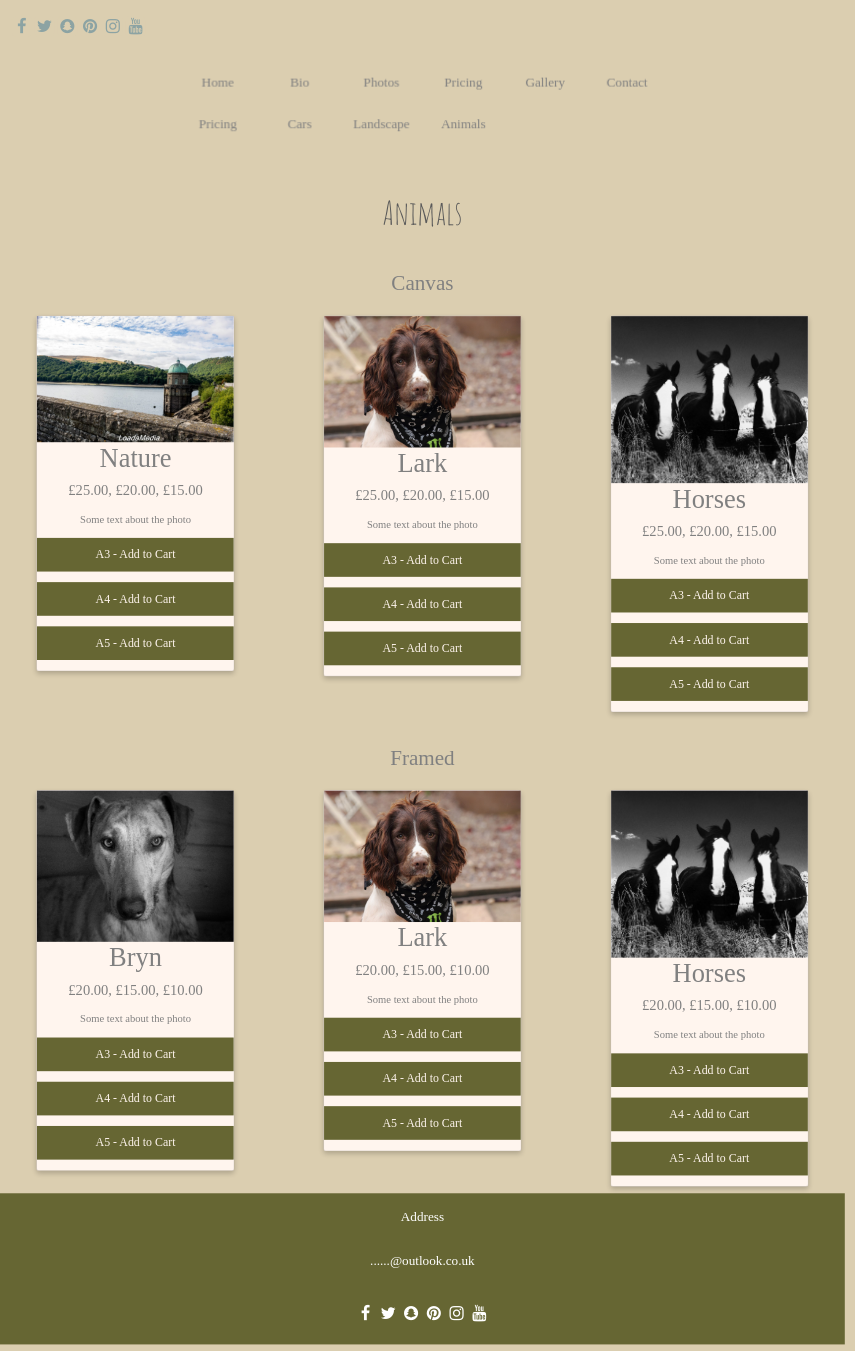
Repository: elizabeth24602/LoaderMedia
Page: landscape.html
The author's editor kept a record of every edit. The page is drawn from the files as they stood at one moment, then again after the next edit.
The browser window is 1280 px wide. The page is 1296 px wide, so the pictures cover 1296 px, including what lies to the right of the window. The pictures show the whole page, at 66% of full size.
Some web fonts or font styles are not loaded; a fallback is used.

Above is the page before.
Console error: TypeError: Cannot read properties of null (reading 'textContent')
Not found: Assests/images/

### landscape.html
<!DOCTYPE html>
<html lang="en">
<head>
    <meta charset="UTF-8">
    <meta name="viewport" content="width=device-width, initial-scale=1.0">
    <meta http-equiv="X-UA-Compatible" content="ie=edge">

    <link rel="stylesheet" href="static/css/bootstrap.min.css" type="text/css" />
    <link rel="stylesheet" href="static/css/dc.min.css" type="text/css" />



    <link rel="stylesheet" href="https://stackpath.bootstrapcdn.com/bootstrap/4.3.1/css/bootstrap.min.css" type="text/css" />
    <link rel="stylesheet" href="https://stackpath.bootstrapcdn.com/font-awesome/4.7.0/css/font-awesome.min.css" type="text/css" />
    <link href="https://fonts.googleapis.com/css?family=Lacquer&display=swap" rel="stylesheet">
    <link href="https://fonts.googleapis.com/css?family=Beth+Ellen&display=swap" rel="stylesheet">
    <link rel="stylesheet" href="https://cdnjs.cloudflare.com/ajax/libs/hover.css/2.3.1/css/hover-min.css" type="text/css" />
    <link rel="stylesheet" href="Assests/images/" type="text/css" />
    <link rel="stylesheet" href="Assests/css/style.css" type="text/css" />

    <title>Loader Media</title>

     <script type="text/javascript" src="static/js/d3.min.js"></script>
    <script type="text/javascript" src="static/js/crossfilter.min.js"></script>
    <script type="text/javascript" src="static/js/dc.min.js"></script>
    <script type="text/javascript" src="static/js/queue.min.js"></script>
    <script type="text/javascript" src="static/js/graph.js"></script>

</head>
<body>
     <header class="container-fluid">
        <div id="social-links" class="row">
        <div class="col-sm-4">
                <ul class="list-inline social-links">
                    <li class="list-inline-item">
                        <a target="_blank" href="#">
                            <i class="fa fa-facebook" aria-hidden="true"></i>
                            <span class="sr-only">Facebook</span>
                        </a>
                    </li>
                    <li class="list-inline-item">
                        <a target="_blank" href="#">
                            <i class="fa fa-twitter" aria-hidden="true"></i>
                            <span class="sr-only">Twitter</span>
                        </a>
                    </li>
                    <li class="list-inline-item">
                        <a target="_blank" href="#">
                            <i class="fa fa-snapchat" aria-hidden="true"></i>
                            <span class="sr-only">Snapchat</span>
                        </a>
                    </li>
                    <li class="list-inline-item">
                        <a target="_blank" href="#">
                            <i class="fa fa-pinterest" aria-hidden="true"></i>
                            <span class="sr-only">Pinterest</span>
                        </a>
                    </li>
                    <li class="list-inline-item">
                        <a target="_blank" href="#">
                            <i class="fa fa-instagram" aria-hidden="true"></i>
                            <span class="sr-only">Instagram</span>
                        </a>
                    </li>
                    <li class="list-inline-item">
                        <a target="_blank" href="#">
                            <i class="fa fa-youtube" aria-hidden="true"></i>
                            <span class="sr-only">YouTube</span>
                        </a>
                    </li>
                </ul>
            </div>
        </div>
         <div class="row no-gutters">
            <div class="col">
                <ul id="nav" class="list-inline menucontainer">
                    <li class="col-4 col-sm-2 ui-menu-color-home list-inline-item menuitem">
                        <a href="index.html" class="hvr-underline-from-center"><span>Home</span></a>
                    </li>
                    <li class="col-4 col-sm-2 ui-menu-color-bio list-inline-item menuitem">
                        <a href="bio.html" class="hvr-underline-from-center"><span>Bio</span></a>
                    </li>
                     <li class="col-4 col-sm-2 ui-menu-color-photos list-inline-item menuitem">
                        <a href="photos.html" class="hvr-underline-from-center"><span>Photos</span></a>
                    </li>
                    <li class="col-4 col-sm-2 ui-menu-color-pricing list-inline-item menuitem">
                        <a href="pricing.html" class="hvr-underline-from-center"><span>Pricing</span></a>
                    </li>
                    <li class="col-4 col-sm-2 ui-menu-color-gallery list-inline-item menuitem">
                        <a href="gallery.html" class="hvr-underline-from-center"><span>Gallery</span></a>
                    </li>
                    <li class="col-4 col-sm-2 ui-menu-color-contact list-inline-item menuitem">
                        <a href="contact.html" class="hvr-underline-from-center"><span>Contact</span></a>
                    </li>
                </ul>
            </div>
        </div>

         <div class="row no-gutters">
            <div class="col-sm-12">
                <ul id="nav" class="list-inline menucontainer">
                    <li class="col-4 col-sm-2 ui-menu-color-pricing list-inline-item menuitem">
                        <a href="pricing.html" class="hvr-underline-from-center"><span>Pricing</span></span></a>
                    </li>
                    <li class="col-4 col-sm-2 ui-menu-color-cars list-inline-item menuitem">
                        <a href="cars.html" class="hvr-underline-from-center"><span>Cars</span></a>
                    </li>
                     <li class="col-4 col-sm-2 ui-menu-color-landscape list-inline-item menuitem">
                        <a href="landscape.html.html" class="hvr-underline-from-center"><span>Landscape</span></a>
                    </li>
                    <li class="col-4 col-sm-2 ui-menu-color-animals list-inline-item menuitem">
                        <a href="animals.html" class="hvr-underline-from-center"><span>Animals</span></a>
                    </li>
                </ul>
            </div>
        </div>

        <div class="row no-gutters">
            <div class="col headings">
                <h3 class="name3">Animals</h3>
            </div>
        </div>
    </header>

    <section>

    <div class="row">
        <div class="col-sm-12">
            <h2 class="canvas">Canvas</h2>
        </div>
    </div>

    <div class="row">
    <div class="col-sm-4">
        <div class="card">
          <img src="Assests/images/nature.jpg" alt="nature" style="width:100%">
          <h1>Nature</h1>
              <p class="price">£25.00, £20.00, £15.00</p>
              <p>Some text about the photo</p>
              <p><button>A3 - Add to Cart</button></p>
              <p><button>A4 - Add to Cart</button></p>
              <p><button>A5 - Add to Cart</button></p>
        </div>
    </div>

    <div class="col-sm-4">
        <div class="card">
          <img src="Assests/images/lark.jpg" alt="lark" style="width:100%">
          <h1>Lark</h1>
              <p class="price">£25.00, £20.00, £15.00</p>
              <p>Some text about the photo</p>
              <p><button>A3 - Add to Cart</button></p>
              <p><button>A4 - Add to Cart</button></p>
              <p><button>A5 - Add to Cart</button></p>
        </div>
    </div>

    <div class="col-sm-4">
        <div class="card">
          <img src="Assests/images/horses.jpg" alt="horses" style="width:100%">
          <h1>Horses</h1>
              <p class="price">£25.00, £20.00, £15.00</p>
              <p>Some text about the photo</p>
              <p><button>A3 - Add to Cart</button></p>
              <p><button>A4 - Add to Cart</button></p>
              <p><button>A5 - Add to Cart</button></p>
        </div>
    </div>
</div>

    <div class="row">
        <div class="col-sm-12">
            <h2 class="canvas">Framed</h2>
        </div>
    </div>

    <div class="row">
    <div class="col-sm-4">
        <div class="card">
          <img src="Assests/images/bryn.jpg" alt="bryn" style="width:100%">
          <h1>Bryn</h1>
              <p class="price">£20.00, £15.00, £10.00</p>
              <p>Some text about the photo</p>
              <p><button>A3 - Add to Cart</button></p>
              <p><button>A4 - Add to Cart</button></p>
              <p><button>A5 - Add to Cart</button></p>
        </div>
    </div>

    <div class="col-sm-4">
        <div class="card">
          <img src="Assests/images/lark.jpg" alt="lark" style="width:100%">
          <h1>Lark</h1>
              <p class="price">£20.00, £15.00, £10.00</p>
              <p>Some text about the photo</p>
              <p><button>A3 - Add to Cart</button></p>
              <p><button>A4 - Add to Cart</button></p>
              <p><button>A5 - Add to Cart</button></p>
        </div>
    </div>

    <div class="col-sm-4">
        <div class="card">
          <img src="Assests/images/horses.jpg" alt="horses" style="width:100%">
          <h1>Horses</h1>
              <p class="price">£20.00, £15.00, £10.00</p>
              <p>Some text about the photo</p>
              <p><button>A3 - Add to Cart</button></p>
              <p><button>A4 - Add to Cart</button></p>
              <p><button>A5 - Add to Cart</button></p>
        </div>
    </div>
</div>



    </section>

    <footer class="container-fluid bottom">
    <div id="footer-details" class="row">
        <div class="col-sm-12">
            <p class="address">Address</p>
        </div>
    </div>
        <div class="row">
            <div class="col-sm-12">
                <p class="email">......@outlook.co.uk</p>
            </div>
        </div>
        <div class="row">
            <div class="col-sm-12">
                        <ul class="list-inline social-links2 container-fluid">
                    <li class="list-inline-item">
                        <a target="_blank" href="#">
                            <i class="fa fa-facebook" aria-hidden="true"></i>
                            <span class="sr-only">Facebook</span>
                        </a>
                    </li>
                    <li class="list-inline-item">
                        <a target="_blank" href="#">
                            <i class="fa fa-twitter" aria-hidden="true"></i>
                            <span class="sr-only">Twitter</span>
                        </a>
                    </li>
                    <li class="list-inline-item">
                        <a target="_blank" href="#">
                            <i class="fa fa-snapchat" aria-hidden="true"></i>
                            <span class="sr-only">Snapchat</span>
                        </a>
                    </li>
                    <li class="list-inline-item">
                        <a target="_blank" href="#">
                            <i class="fa fa-pinterest" aria-hidden="true"></i>
                            <span class="sr-only">Pinterest</span>
                        </a>
                    </li>
                    <li class="list-inline-item">
                        <a target="_blank" href="#">
                            <i class="fa fa-instagram" aria-hidden="true"></i>
                            <span class="sr-only">Instagram</span>
                        </a>
                    </li>
                    <li class="list-inline-item">
                        <a target="_blank" href="#">
                            <i class="fa fa-youtube" aria-hidden="true"></i>
                            <span class="sr-only">YouTube</span>
                        </a>
                    </li>
                </ul>
            </div>
        </div>
    </footer>

</body>
</html>

### Assests/css/style.css
@import url('https://fonts.googleapis.com/css?family=Lacquer:100,200,300,400,500,600,700|Beth+Ellen:100,200,300,400,500,600,700|Pacifico:100,200,300,400,500,600,700|Amatic+SC:100,200,300,400,500,600,700');

/*-------------------------------Website Name */

.name {
    font-family: "Beth+Ellen";
     font-weight: 100;
    font-size: 80px;
    margin-top: 70px;
    text-align: center;
    color: #ffffff;
}

.name3 {
    font-family: "Amatic SC";
     font-weight: 60;
    font-size: 50px;
    margin-top: 70px;
    text-align: center;
    color: #595959;
}

/*-------------------------------Background */

body {
  background-color: #dbceb0;
}

/*-------------------------------Social */

.social-links {
    padding-top: 15px;
    padding-bottom: 15px;
}

.social-links li a i {
    width: 30px;
    height: 30px;
    padding: 12px 0;
    border-radius: 20%;
    font-size: 25px;
    line-height: 7px;
    text-align: center;
    color: #8ca3a3;
    background: #dbceb0;
    transition: all 0.35s ease-in-out;
    -moz-transition: all 0.35s ease-in-out;
    -webkit-transition: all 0.35s ease-in-out;
    -o-transition: all 0.35s ease-in-out;
}

/*-------------------------------menu */


.list-inline-item:not(:last-child) {
    margin: 0;
}

.menucontainer {
    font-size: 0;
    margin: auto;
    width: 60%;
    padding: 10px;
}

#nav li {
    font-size: 20px;
    font-family: 'Beth+Ellen';
    padding: 0;
}

.menuitem {
    text-align: center;
    padding: 0;
}

.body {
    text-align: center;
}


.menuitem2 a {
    width: 100%;
    text-decoration: none;
    color: #ffffff;
}

.menuitem a {
    width: 100%;
    text-decoration: none;
    color: #808080;
}

.hvr-underline-from-center:before {
    background-color: #ffffff;
    color: #d3d3d3;
}


.a:hover {
    text-decoration: none;
}

/*-------------------------------Footer */


.bottom {
    background-color: #666633;
    color: #ffffff;
    left: 0;
    bottom: 0;
    width: 100%;
    text-align: center;
}


.address {
    color: #ffffff;
    text-align: center;
    font-family: "Beth+Ellen";
    padding-top: 20px;
    font-size: 20px;
}
.email {
    color: #ffffff;
    text-align: center;
    font-family: "Beth+Ellen";
    padding: 10px;
    font-size: 20px;
}

.social-links2 {
    padding-top: 15px;
    padding-bottom: 15px;
    text-align: center;
}

.social-links2 li a i {
    width: 30px;
    height: 30px;
    padding: 12px 0;
    border-radius: 20%;
    font-size: 25px;
    line-height: 7px;
    text-align: center;
    color: #ffffff;
    transition: all 0.35s ease-in-out;
    -moz-transition: all 0.35s ease-in-out;
    -webkit-transition: all 0.35s ease-in-out;
    -o-transition: all 0.35s ease-in-out;
}

/*-------------------------------Home */

.index {
  background-image: url("../images/bryn.jpg");
  background-color: #fff5ee;
  height: 500px;
  background-position: cover;
  background-repeat: no-repeat;
  background-size: cover;
  text-align: center;
  background-attachment: scroll;
  min-height: 100%;
  min-width: 1024px;

  /* Set up proportionate scaling */
  width: 100%;
  height: auto;

  /* Set up positioning */
  position: fixed;
  top: 0;
  left: 0;
}

body {
  font-family: "Beth+Ellen", sans-serif;
}

.sidebar {
  height: 100%;
  width: 0;
  position: fixed;
  z-index: 1;
  top: 0;
  left: 0;
  background-color: #666633;
  overflow-x: hidden;
  transition: 0.5s;
  padding-top: 60px;
}

.sidebar a {
  padding: 8px 8px 8px 32px;
  text-decoration: none;
  font-size: 30px;
  font-family: "Amatic SC";
  color: #ffffff;
  display: block;
  transition: 0.3s;
}

.sidebar a:hover {
  color: #f1f1f1;
}

.sidebar .closebtn {
  position: relative;
  top: 0;
  right: 25px;
  font-size: 36px;
  margin-left: 50px;
}

.openbtn {
  font-size: 20px;
  cursor: pointer;
  background-color: #111;
  color: white;
  padding: 10px 15px;
  border: none;
}

.openbtn:hover {
  background-color: #444;
}

#main {
  transition: margin-left .5s;
  padding: 16px;
}

/* On smaller screens, where height is less than 450px, change the style of the sidenav (less padding and a smaller font size) */
@media screen and (max-height: 450px) {
  .sidebar {padding-top: 15px;}
  .sidebar a {font-size: 18px;}
}


/*-------------------------------Bio */

.silhouette {
  display: block;
  margin-left: auto;
  margin-right: auto;
  width: 80%;
  margin-top: 20px;
  margin-bottom: 20px;
}

.bio {
  font-family: "Beth+Ellen";
  text-align: center;
  margin-bottom: 20px;
}

.camera2 {
  display: block;
  margin-left: 10px;
  margin-right: 10px;
  width: 100%;
  margin-top: 20px;
  margin-bottom: 20px;
}

* {
  box-sizing: border-box;
}

.portfolio {
  font-family: "Beth+Ellen"
}

.main {
  max-width: 1000px;
  margin: auto;
}

.row {
  margin: 10px -16px;
}

.row,
.row > .column {
  padding: 8px;
}

.column {
  float: left;
  width: 33.33%;
}

.row:after {
  content: "";
  display: table;
  clear: both;
}

.content {
  background-color: #dbceb0;
  padding: 10px;
  font-family: "Beth+Ellen";
  text-align: center;
}

.show {
  display: block;
}

.btn {
  border: none;
  outline: none;
  padding: 12px 16px;
  background-color: #666633;
  color: #ffffff;
  font-family: "Beth+Ellen";
  cursor: pointer;
}

.btn:hover {
  background-color: #ddd;
}

.btn.active {
  background-color: #fff5ee;
  color: #808080;
}

/*-----------------------------Photos (Used W3 Schools to help with code, made my own modifications and altered coding)*/

.accordion {
  background-color: #666633;
  color: #ffffff;
  font-family: "Beth+Ellen";
  text-align: center;
  cursor: pointer;
  padding: 18px;
  margin: 20px;
  width: 100%;
  border: none;
  outline: none;
  font-size: 30px;
  transition: 0.4s;
}

.active, .accordion:hover {
  background-color: #fff5ee;
   color: #808080;
}

.panel {
  padding: 0 18px;
  display: none;
  background-color: #dbceb0;
  overflow: hidden;
  font-family: "Beth+Ellen";
  color: #808080;
  text-align: left;
  width: 50%
  font-size: 20px;
}

.row > .column {
  padding: 0 8px;
}

.row:after {
  content: "";
  display: table;
  clear: both;
}

.column {
  float: left;
  width: 25%;
}

.modal {
  display: none;
  position: fixed;
  z-index: 1;
  padding-top: 100px;
  left: 0;
  top: 0;
  width: 100%;
  height: 100%;
  overflow: auto;
  background-color: #666633;
}

.modal-content {
  position: relative;
  background-color: #fff5ee;
  margin: auto;
  padding: 0;
  width: 90%;
  max-width: 1200px;
}

.close {
  color: white;
  position: absolute;
  top: 10px;
  right: 25px;
  font-size: 35px;
  font-weight: bold;
}

.close:hover,
.close:focus {
  color: #999;
  text-decoration: none;
  cursor: pointer;
}

.mySlides {
  display: none;
}

.prev,
.next {
  cursor: pointer;
  position: absolute;
  top: 50%;
  width: auto;
  padding: 16px;
  margin-top: -50px;
  color: white;
  font-weight: bold;
  font-size: 20px;
  transition: 0.6s ease;
  border-radius: 0 3px 3px 0;
  user-select: none;
  -webkit-user-select: none;
}

.next {
  right: 0;
  border-radius: 3px 0 0 3px;
}

.prev:hover,
.next:hover {
  background-color: #fff5ee;
}

.numbertext {
  color: #000000;
  font-size: 12px;
  padding: 8px 12px;
  position: absolute;
  top: 0;
}

.caption-container {
  text-align: center;
  font-family: "Beth+Ellen"
  padding: 2px 16px;
  color: #808080;
}

img.demo {
  opacity: 0.6;
}

.active,
.demo:hover {
  opacity: 1;
}

img.hover-shadow {
  transition: 0.3s;
}

.hover-shadow:hover {
  box-shadow: 0 4px 8px 0 rgba(0, 0, 0, 0.2), 0 6px 20px 0 rgba(0, 0, 0, 0.19);
}


/*-------------------------------Pricing */
.dropbtn {
  background-color: #666633;
  color: white;
  font-family: "Pacifico";
  padding: 16px;
  margin-top: 20%;
  margin-left: 50%;
  margin-right: 50%;
  margin-bottom: 10px;
  font-size: 20px;
  border: none;
  cursor: pointer;
}

.dropbtn:hover, .dropbtn:focus {
  background-color: #fff5ee;
  color: #808080;
}

.dropdown {
  position: center;
  display: inline-block;
}

.dropdown-content {
  display: none;
  position: center;
  margin-right: 50%;
  margin-left: 50%;
  margin-top: 10px;
  margin-bottom: 10px;
  background-color: #fff5ee;
  min-width: 160px;
  overflow: auto;
  box-shadow: 0px 8px 16px 0px rgba(0,0,0,0.2);
  z-index: 1;
}

.dropdown-content a {
  color: #808090;
  font-family: "Pacifico";
  text-align: center;
  padding: 12px 16px;
  text-decoration: none;
  display: block;
}

.dropdown a:hover {background-color: #666633;}

.show {display: block;}

/*-------------------------------Cars, Landscape, Anoimals */
.canvas {
  color: #808080;
  font-family: "Beth+Ellen";
  text-align: center;
  margin-bottom: 20px;
  margin-top: 40px;
}
.card {
  box-shadow: 0 4px 8px 0 rgba(0, 0, 0, 0.2);
  max-width: 300px;
  margin: auto;
  text-align: center;
  font-family: "Beth+Ellen";
  color: #808080;
  background-color: #fff5ee;
}

.price {
  color: grey;
  font-size: 22px;
}

.card button {
  border: none;
  outline: 0;
  padding: 12px;
  color: #fff5ee;
  background-color: #666633;
  text-align: center;
  cursor: pointer;
  width: 100%;
  font-size: 18px;
}

.card button:hover {
  opacity: 0.7;
}

/*-------------------------------Gallery */
.row {
  display: flex;
  flex-wrap: wrap;
  padding: 0 4px;
}

/* Create four equal columns that sits next to each other */
.column {
  flex: 25%;
  max-width: 25%;
  padding: 0 4px;
}

.column img {
  margin-top: 20px;
  margin-bottom: 10px;
  margin-left: 10px;
  margin-right: 10px;
  vertical-align: middle;
  width: 100%;
}

/* Responsive layout - makes a two column-layout instead of four columns */
@media screen and (max-width: 800px) {
  .column {
    flex: 50%;
    max-width: 50%;
  }
}

/* Responsive layout - makes the two columns stack on top of each other instead of next to each other */
@media screen and (max-width: 600px) {
  .column {
    flex: 100%;
    max-width: 100%;
  }
}
/*-------------------------------contact */

.contact-heading {
    font-family: "Beth+Ellen";
    text-align: center;
    font-weight: 100;
    margin-top: 25px;
    margin-bottom: 20px;
    color: #808080;
}

.text-center {
    font-family: "pacifico";
    text-align: center;
    font-weight: 100;
    margin-top: 25px;
    margin-bottom: 20px;
    color: #808080;
}


.center-form {
    padding-top: 10px;
    margin: 0 auto;
    max-width: 70%;
    font-family: "Beth+Ellen";
}

button[type="submit"] {
    margin-top: 15px;
    margin-bottom: 20px;
    background-color: #666633;
    color: #fafafa;
    font-family: "Beth+Ellen";
}

.chat {
   font-family: "Beth+Ellen";
    font-weight: 100;
    margin-top: 180px;
    margin-bottom: 20px;
    text-align: center;
    color: #595959;
}

.number {
     font-family: "pacifico";
    font-weight: 100;
    margin-top: 125px;
    margin-bottom: 20px;
    text-align: center;
    color: #808080;
}

.laptop {
    display: block;
  margin-left: auto;
  margin-right: auto;
  margin-top: 20px;
  width: 90%;
}

.phone {
  display: block;
  margin-left: auto;
  margin-right: auto;
  margin-top: 20px;
  margin-bottom: 20px;
  width: 90%;
  border-radius: 8px;
}

Loaded but not shown: static/css/bootstrap.min.css (library); static/css/dc.min.css (library); static/js/d3.min.js (library); static/js/crossfilter.min.js (library); static/js/dc.min.js (library); static/js/queue.min.js (common file); static/js/graph.js (141 lines, source omitted)

After the next edit:
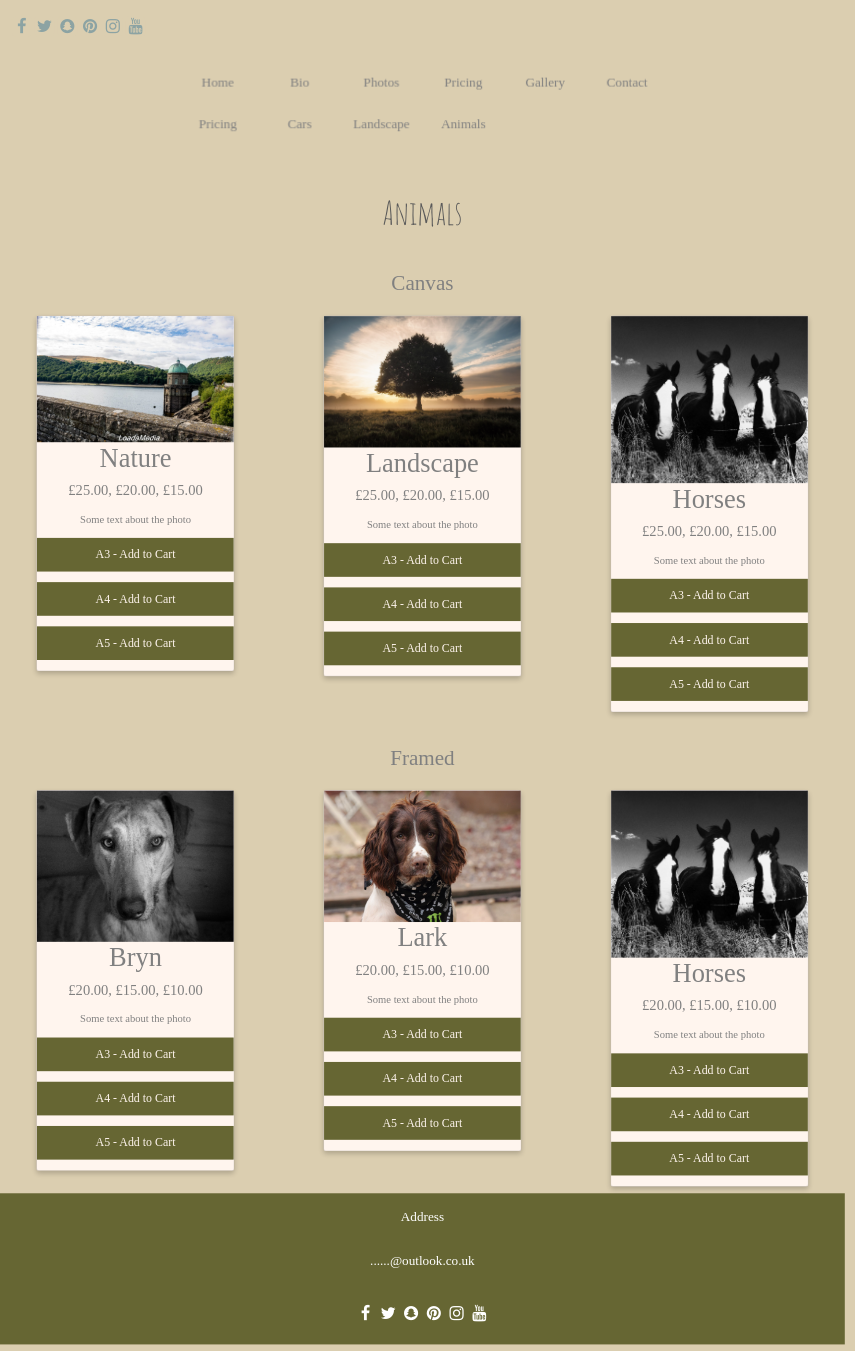
The edit:
--- a/landscape.html
+++ b/landscape.html
@@ -145,8 +145,8 @@
 
     <div class="col-sm-4">
         <div class="card">
-          <img src="Assests/images/lark.jpg" alt="lark" style="width:100%">
-          <h1>Lark</h1>
+          <img src="Assests/images/landscape.jpg" alt="landscape" style="width:100%">
+          <h1>Landscape</h1>
               <p class="price">£25.00, £20.00, £15.00</p>
               <p>Some text about the photo</p>
               <p><button>A3 - Add to Cart</button></p>
